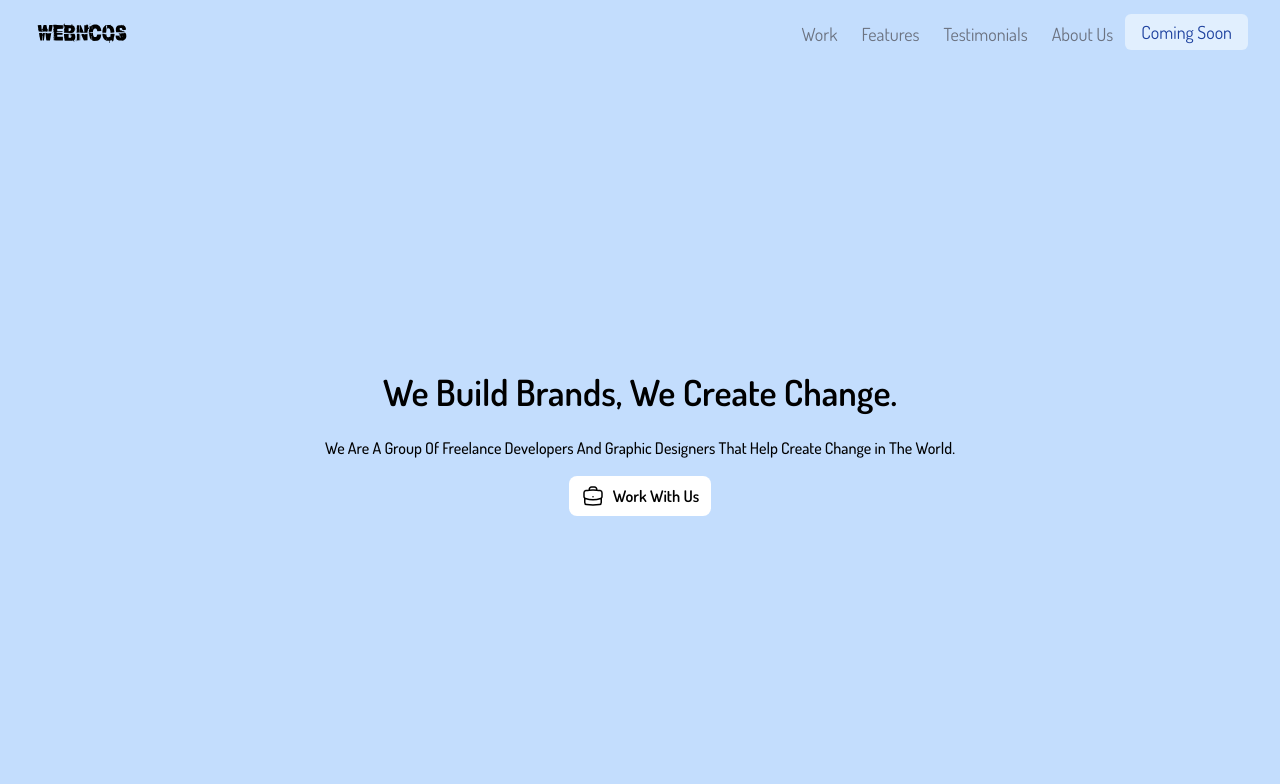
Repository: 1realjulius/webncos
Page: /
The author's editor kept a copy of each file at every save. The page is drawn from the files as they stood at one save, then again after the next save.
The browser window is 1280 px wide. The pictures show the whole page.
The project was rebuilt for these pictures with package versions that can differ from the ones it lists, and the page was loaded fresh each time. The framework's server and built-in components were replaced by stand-ins that run in the browser. Also part of the build but not shown: next.config.js.

Above is the page before, as saved 2022-09-04 00:13:07.

After the next save:
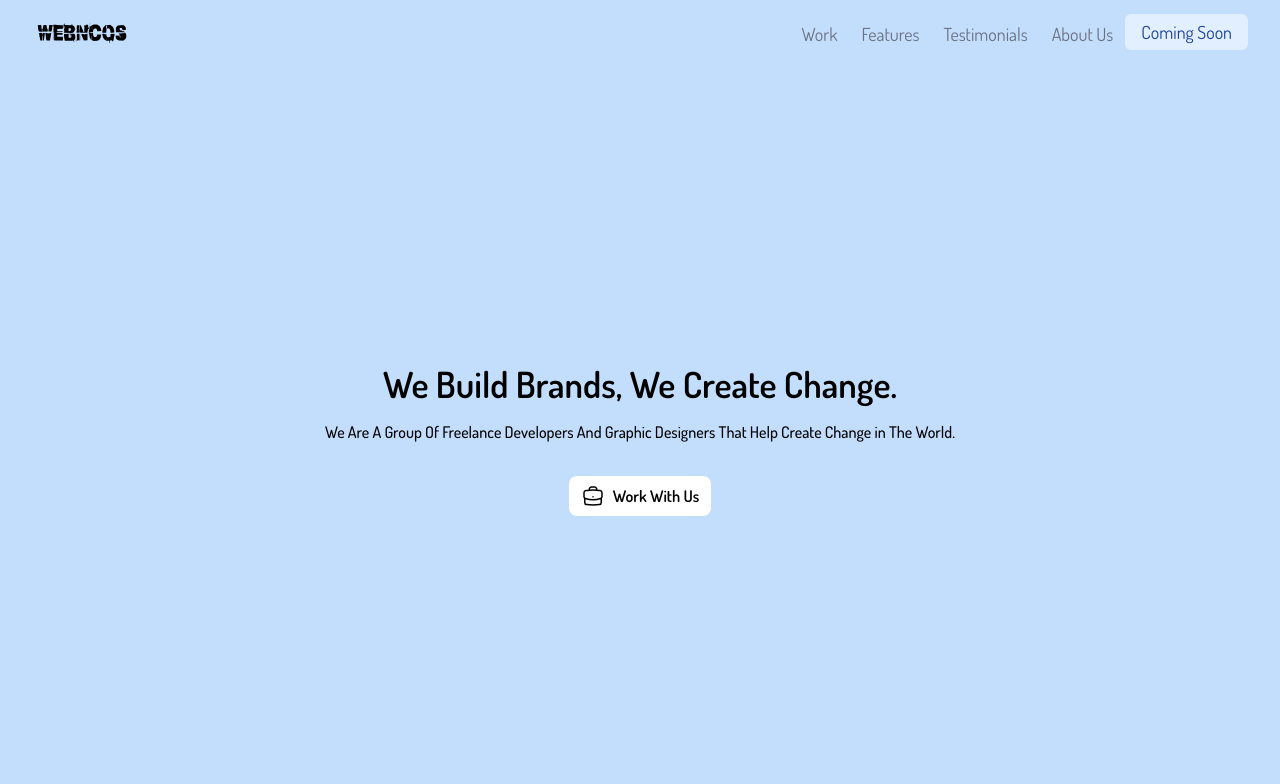
Saved 12 s later.
--- a/components/ComingSoon.tsx
+++ b/components/ComingSoon.tsx
@@ -7,10 +7,10 @@ const ComingSoon = () => {
     <div className="flex flex-col items-center justify-center">
       <div className="max-w-7xl min-h-screen flex flex-col items-center justify-center">
         <div className="p-4 text-center">
-          <h1 className="font-DosisSemiBold text-4xl my-6">
+          <h1 className="font-DosisSemiBold text-4xl my-4">
             We Build Brands, We Create Change.
           </h1>
-          <h3 className="font-DosisMedium">
+          <h3 className="font-DosisMedium mb-4">
             We Are A Group Of Freelance Developers And Graphic Designers That
             Help Create Change in The World.
           </h3>
